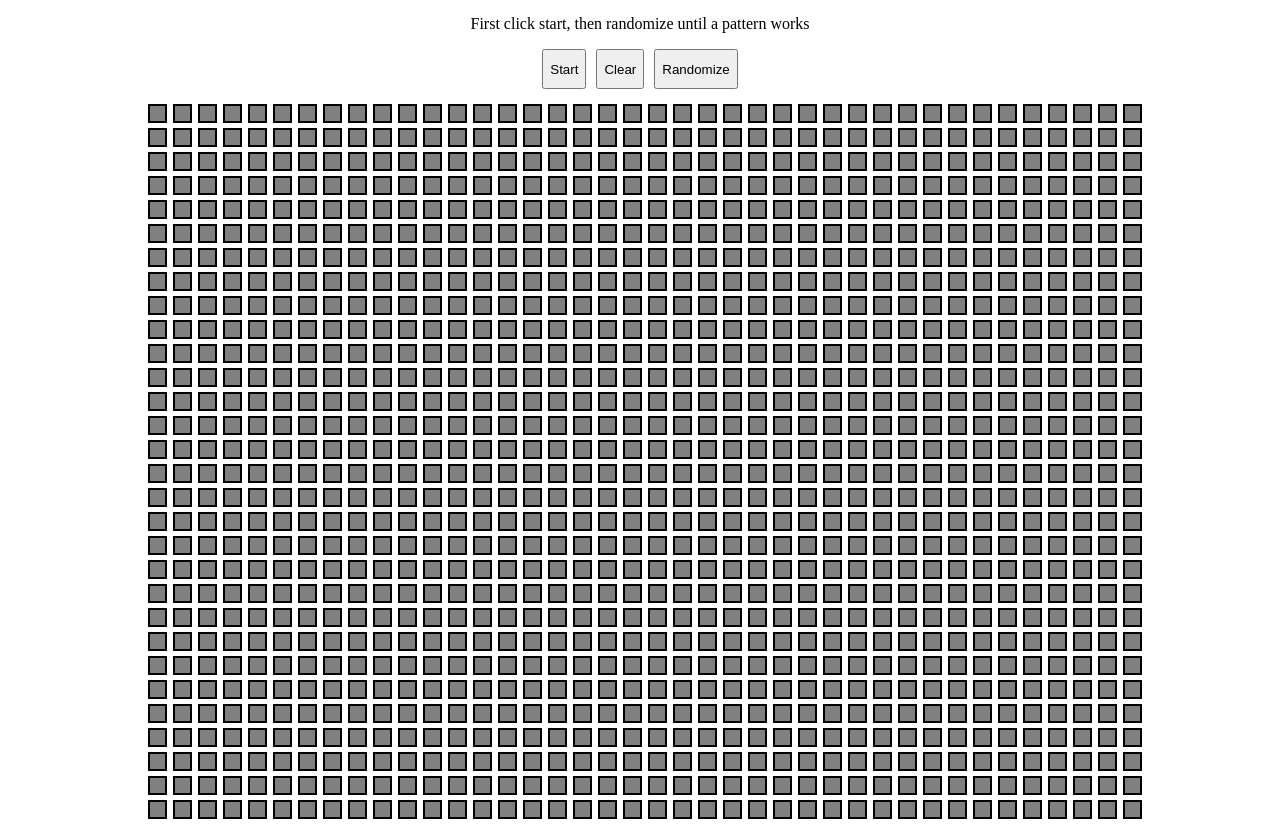
Repository: avanbussum/cellular-automata
Page: /
These files come from the project's save history. The page is drawn as it stood at one moment and after the next save; the edit follows.
The browser window is 1280 px wide. The pictures show the whole page.
The project was rebuilt for these pictures with package versions that can differ from the ones it lists, and the page was loaded fresh each time.

Above is the page before, as saved 2023-04-29 01:45:23.

After the next save:
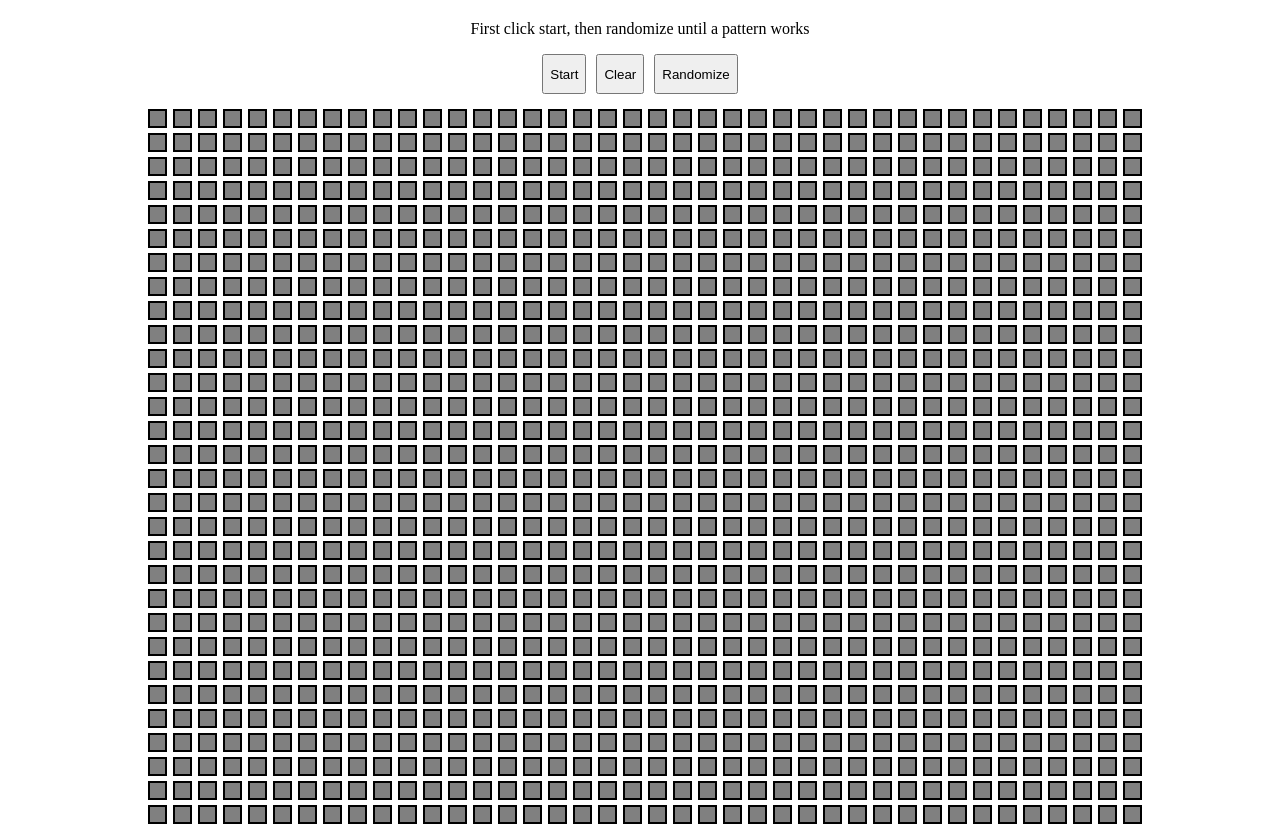
Saved 17 s later.
--- a/src/App.js
+++ b/src/App.js
@@ -141,7 +141,7 @@ export const App = () => {
     <p style={{
           display: 'flex',
           justifyContent: 'center',
-          marginTop: '15px',
+          marginTop: '20px',
           gap:'10px'
         }}>First click start, then randomize until a pattern works</p>
     <div style={{
